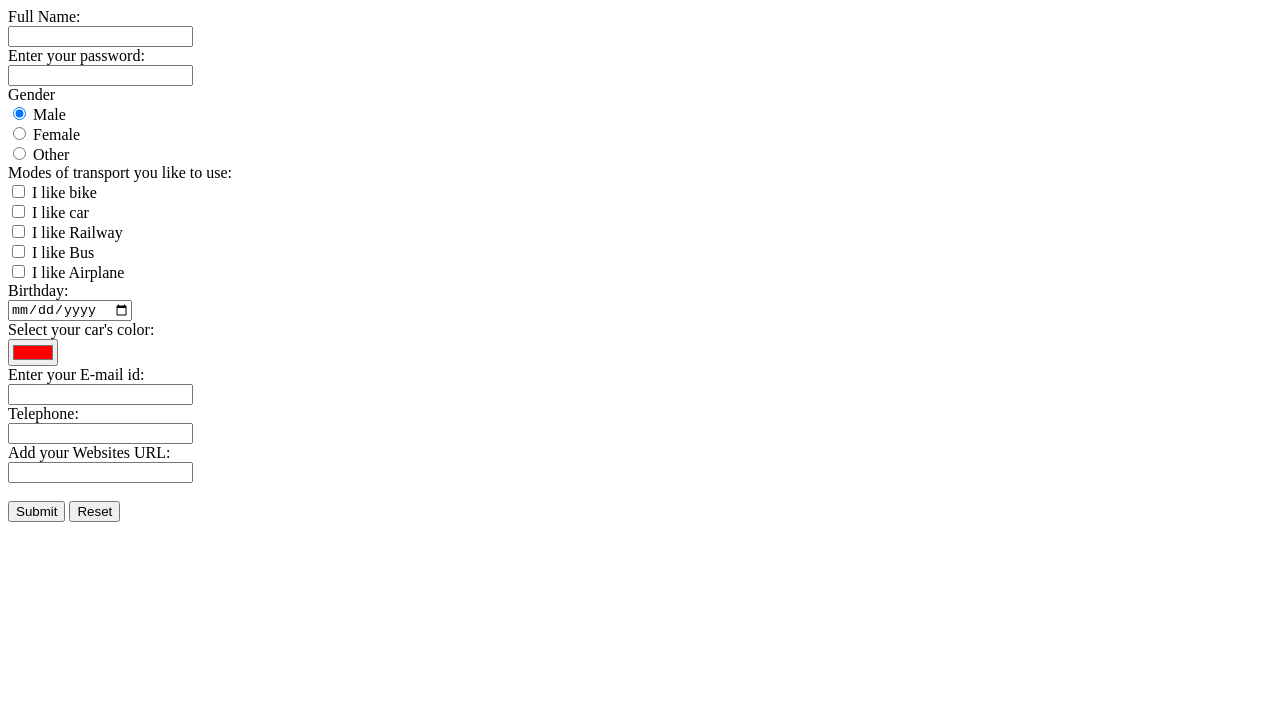
Repository: AdityaParashar93/Homework1_CMPE273
Page: CMPE273/Refresher_JS/WebContent/InputTypes.html
These files come from the project's save history. The page is drawn as it stood at one moment and after the next save; the edit follows.
The browser window is 1280 px wide. The pictures show the whole page.

Above is the page before, as saved 2016-09-16 05:53:47.

### CMPE273/Refresher_JS/WebContent/InputTypes.html
<!DOCTYPE html>
<html>
<head>
<meta charset="ISO-8859-1">
<title>InputTypes</title>
</head>
<body>
<form>
Full Name:<br>
<input type="text" name="fullname" required><br>
Enter your password:<br>
<input type="password" name="password" required><br>
Gender<br>
<input type="radio" name="gender" value="male" checked> Male<br>
<input type="radio" name="gender" value="female"> Female<br>
<input type="radio" name="gender" value="other"> Other<br>
Modes of transport you like to use:<br>
<input type="checkbox" name="vehicle1" value="Bike"> I like bike<br>
<input type="checkbox" name="vehicle2" value="Car"> I like car<br>
<input type="checkbox" name="vehicle3" value="Rail"> I like Railway<br>
<input type="checkbox" name="vehicle4" value="Bus"> I like Bus<br>
<input type="checkbox" name="vehicle4" value="Airplane"> I like Airplane<br>
Birthday:<br>
<input type="date" name="bday" required><br>
Select your car's color:<br>
<input type="color" name="favcolor" value="#ff0000"><br>
Enter your E-mail id:<br>
<input type="email" name="email" required><br>
Telephone:<br>
<input type="tel" name="usrtel"><br>
Add your Websites URL:<br>
<input type="url" name="homepage"><br><br>
 <input type="submit" value="Submit">
  <input type="reset"><br>
</form>
</body>
</html>

After the next save:
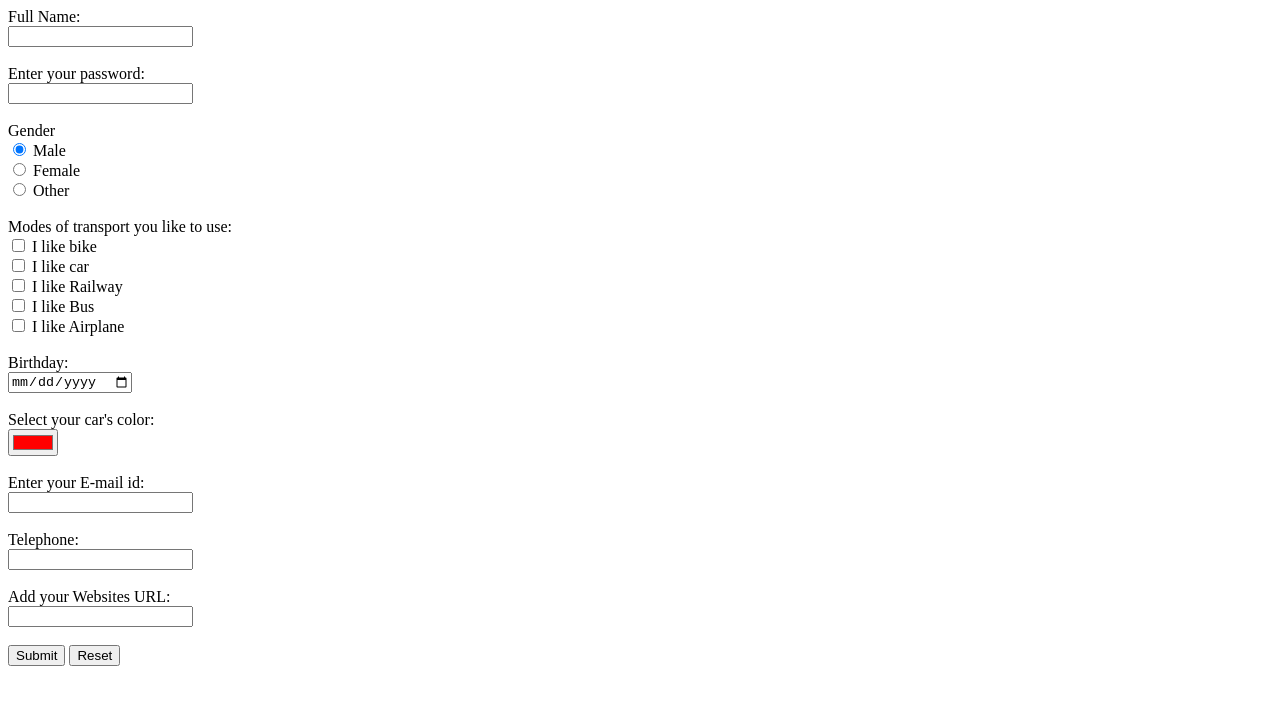
Saved 44 s later.
--- a/CMPE273/Refresher_JS/WebContent/InputTypes.html
+++ b/CMPE273/Refresher_JS/WebContent/InputTypes.html
@@ -7,27 +7,27 @@
 <body>
 <form>
 Full Name:<br>
-<input type="text" name="fullname" required><br>
+<input type="text" name="fullname" required><br><br>
 Enter your password:<br>
-<input type="password" name="password" required><br>
+<input type="password" name="password" required><br><br>
 Gender<br>
 <input type="radio" name="gender" value="male" checked> Male<br>
 <input type="radio" name="gender" value="female"> Female<br>
-<input type="radio" name="gender" value="other"> Other<br>
+<input type="radio" name="gender" value="other"> Other<br><br>
 Modes of transport you like to use:<br>
 <input type="checkbox" name="vehicle1" value="Bike"> I like bike<br>
 <input type="checkbox" name="vehicle2" value="Car"> I like car<br>
 <input type="checkbox" name="vehicle3" value="Rail"> I like Railway<br>
 <input type="checkbox" name="vehicle4" value="Bus"> I like Bus<br>
-<input type="checkbox" name="vehicle4" value="Airplane"> I like Airplane<br>
+<input type="checkbox" name="vehicle4" value="Airplane"> I like Airplane<br><br>
 Birthday:<br>
-<input type="date" name="bday" required><br>
+<input type="date" name="bday" required><br><br>
 Select your car's color:<br>
-<input type="color" name="favcolor" value="#ff0000"><br>
+<input type="color" name="favcolor" value="#ff0000"><br><br>
 Enter your E-mail id:<br>
-<input type="email" name="email" required><br>
+<input type="email" name="email" required><br><br>
 Telephone:<br>
-<input type="tel" name="usrtel"><br>
+<input type="tel" name="usrtel"><br><br>
 Add your Websites URL:<br>
 <input type="url" name="homepage"><br><br>
  <input type="submit" value="Submit">
